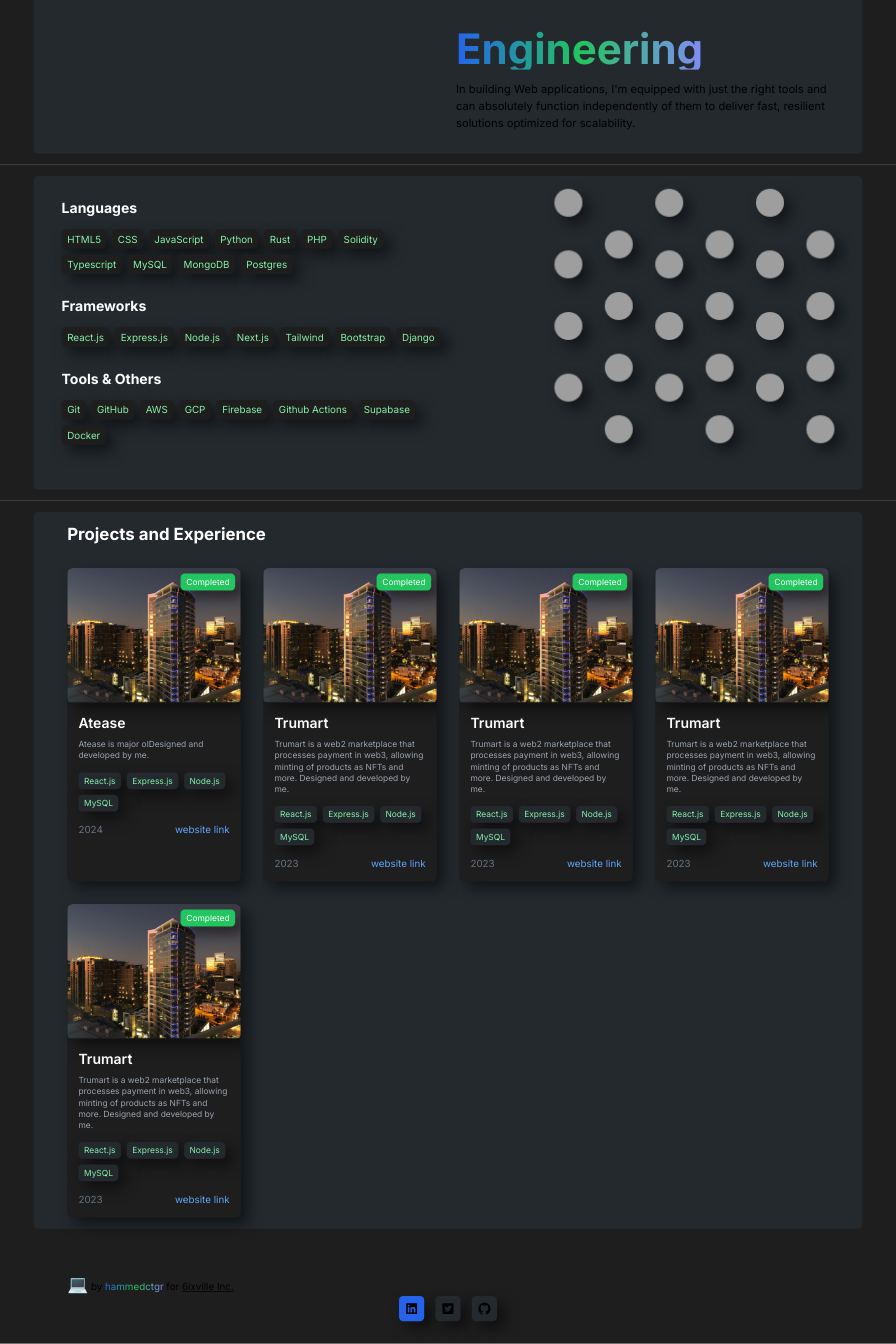
Repository: muhammedctgr/hammedctgr
Page: /
The author's editor kept a copy of each file at every save. The page is drawn from the files as they stood at one save, then again after a run of saves.
The browser window is 1280 px wide. The pictures show the part of the page from y = 808 to 2728 px (the page is 2728 px tall), at 70% of full size.
Pictures or frames that could not be fetched are drawn as grey boxes. The project was rebuilt for these pictures with package versions that can differ from the ones it lists, and the page was loaded fresh each time. The framework's server and built-in components were replaced by stand-ins that run in the browser. Also part of the build but not shown: next.config.mjs.

Above is the page before, as saved 2024-08-13 21:31:06.

After the next 2 saves:
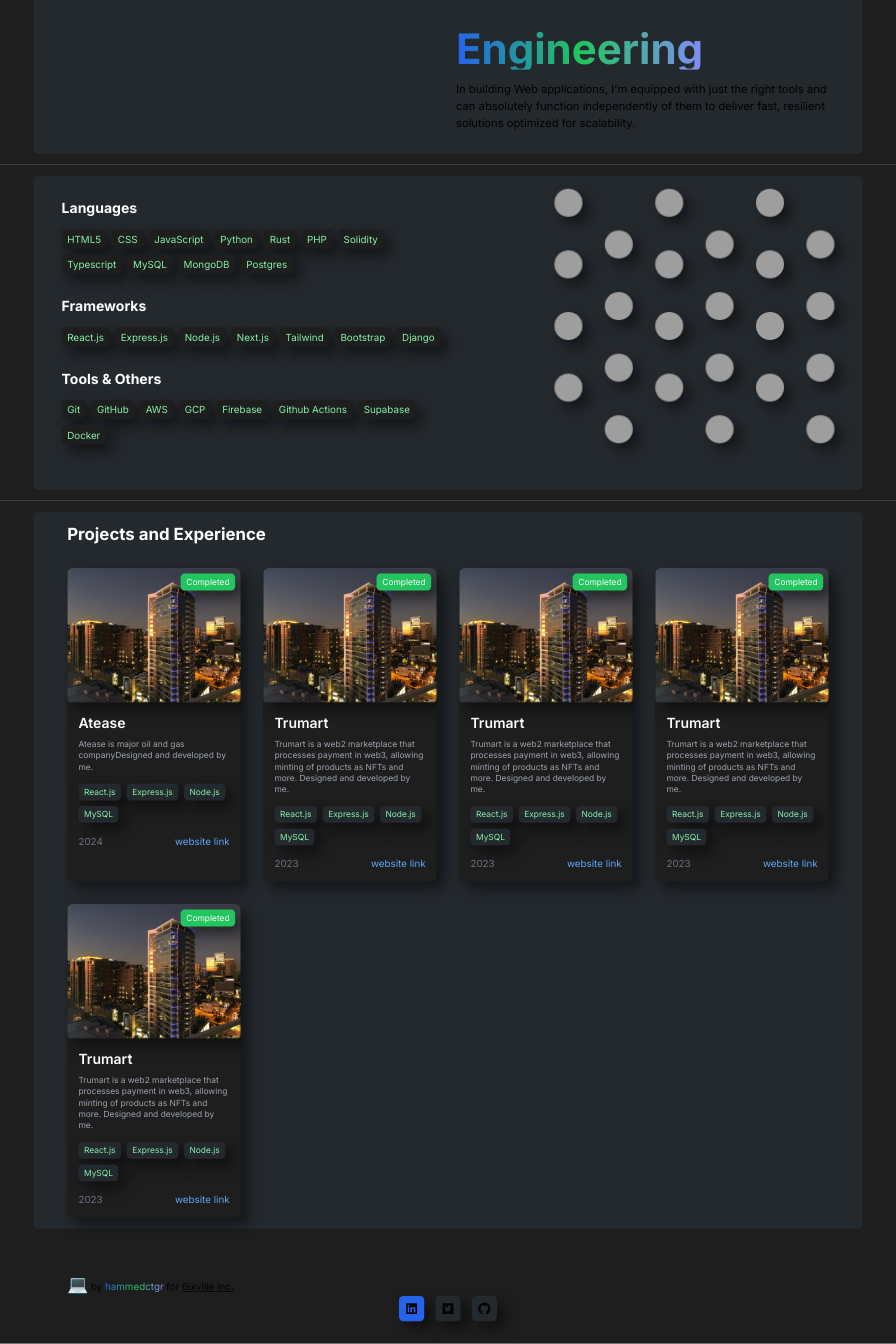
The 2 saves are shown as one change because they came seconds apart.
The last was saved 10 s later.
--- a/components/ProjectsSection.tsx
+++ b/components/ProjectsSection.tsx
@@ -13,7 +13,7 @@ interface Project {
 const projects: Project[] = [
   {
     title: "Atease",
-    description: "Atease is major olDesigned and developed by me.",
+    description: "Atease is major oil and gas companyDesigned and developed by me.",
     technologies: ["React.js", "Express.js", "Node.js", "MySQL"],
     date: "2024",
     status: "Completed",
